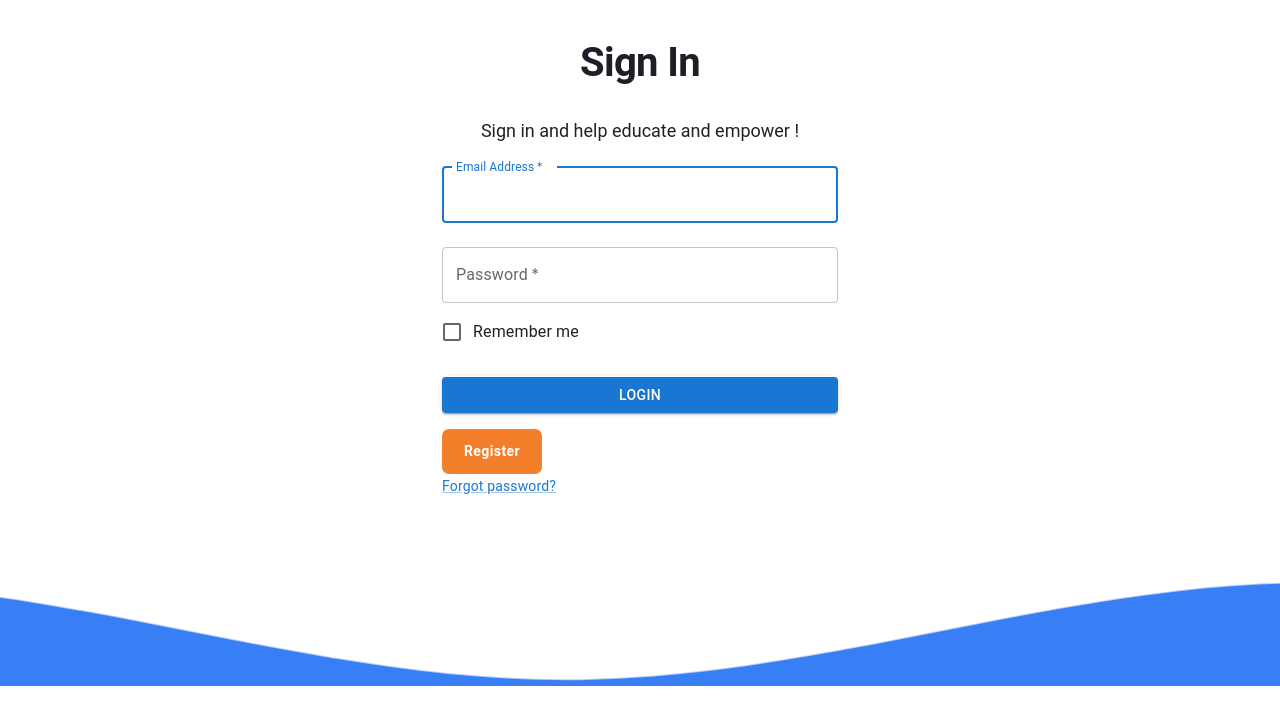
Repository: shubhampirate/Google_Solutions_Edural
Page: /dashboard
The author's editor kept a copy of each file at every save. The page is drawn from the files as they stood at one save, then again after the next save.
The browser window is 1280 px wide. The pictures show the whole page.
The project was rebuilt for these pictures with package versions that can differ from the ones it lists, and the page was loaded fresh each time. Some packages were replaced by stand-ins written for this rebuild. Also part of the build but not shown: src/Components/Navbar.jsx, src/Components/Footer.jsx, src/Components/CongratsCard.jsx, src/pages/Hero/Hero.jsx.

Above is the page before, as saved 2024-02-02 20:41:52.

After the next save:
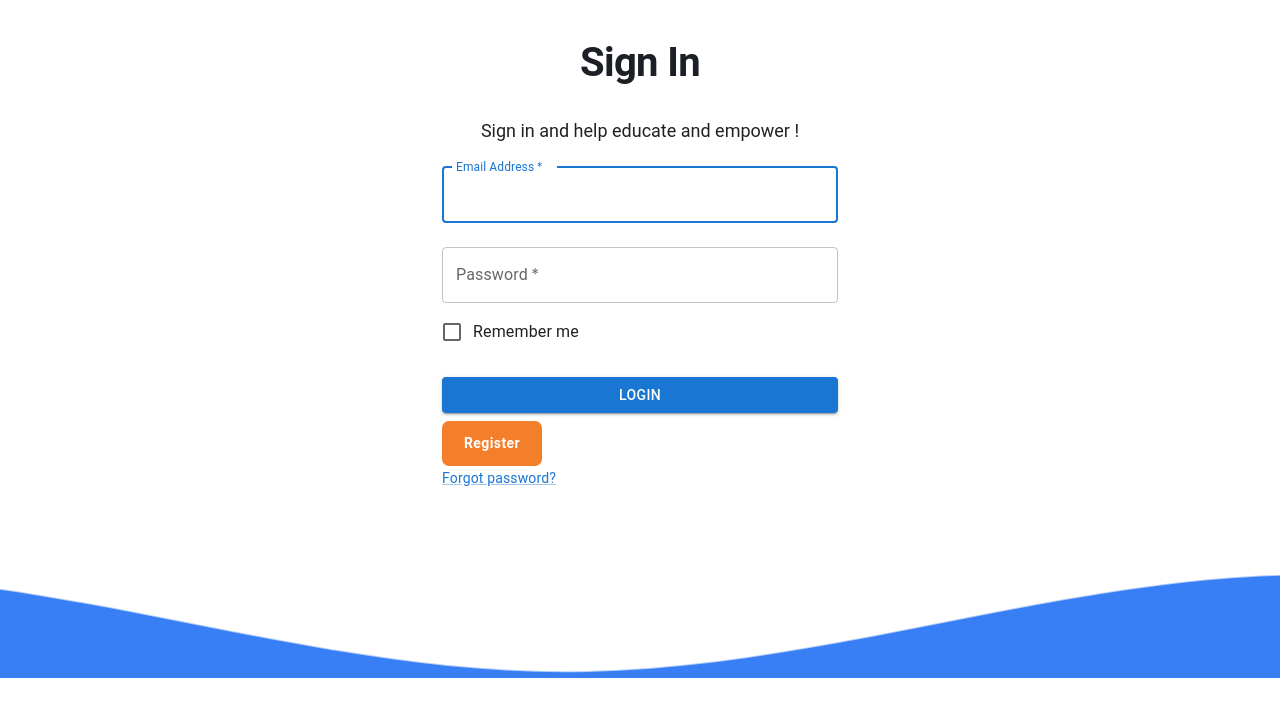
Saved 12 s later.
--- a/src/pages/Sign_in.jsx
+++ b/src/pages/Sign_in.jsx
@@ -129,7 +129,7 @@ export default function SignIn() {
               fullWidth
               variant="contained"
 
-              sx={{ mt: 3, mb: 2 }}
+              sx={{ mt: 3, mb: 1 }}
             >
               Login
             </Button>
